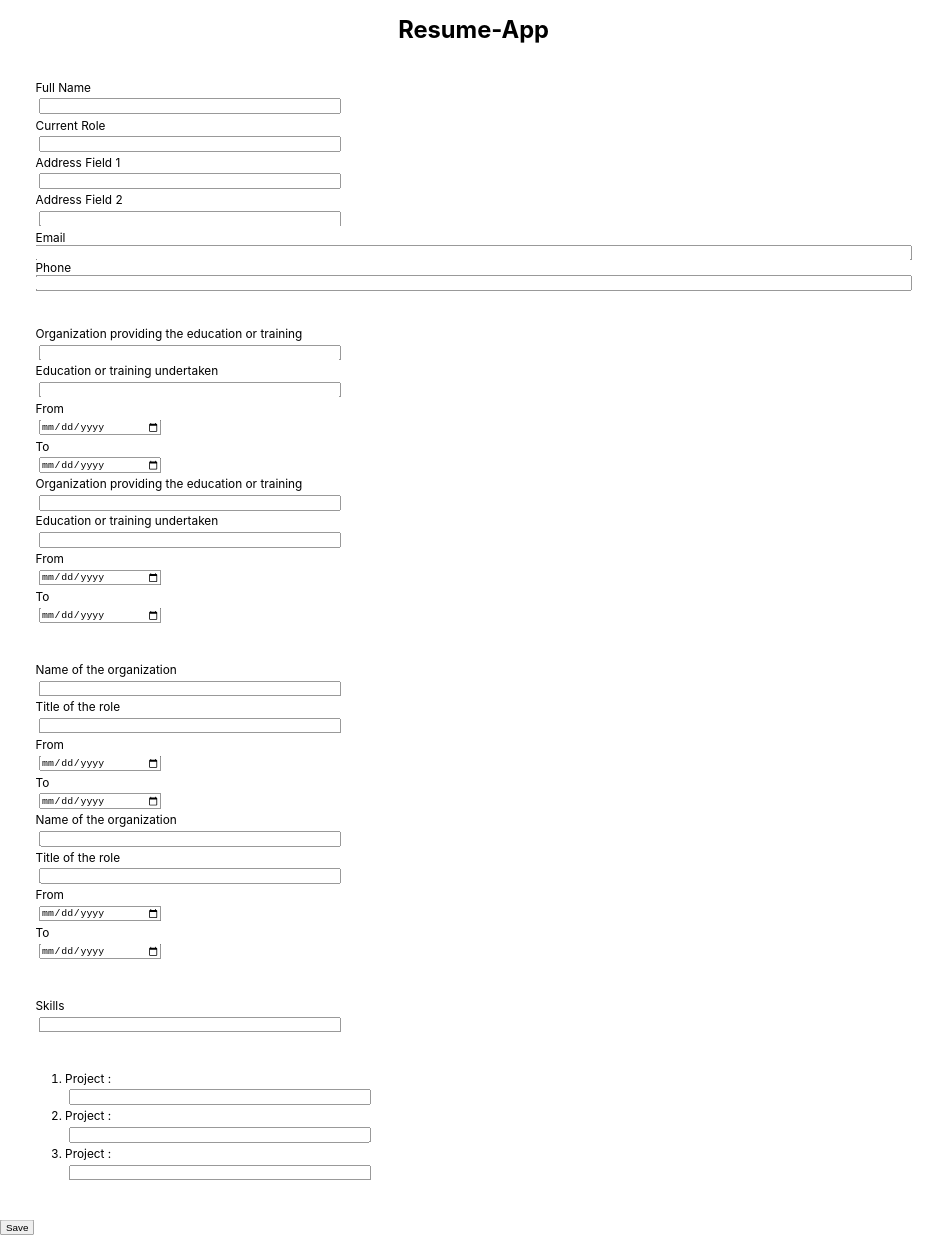
Repository: 0101chaitanya/resume-app
Page: /
These files come from the project's save history. The page is drawn as it stood at one moment and after the next save; the edit follows.
The browser window is 1280 px wide. The pictures show the whole page, at 74% of full size.
The project was rebuilt for these pictures with package versions that can differ from the ones it lists, and the page was loaded fresh each time.

Above is the page before, as saved 2021-07-28 15:37:12.

After the next save:
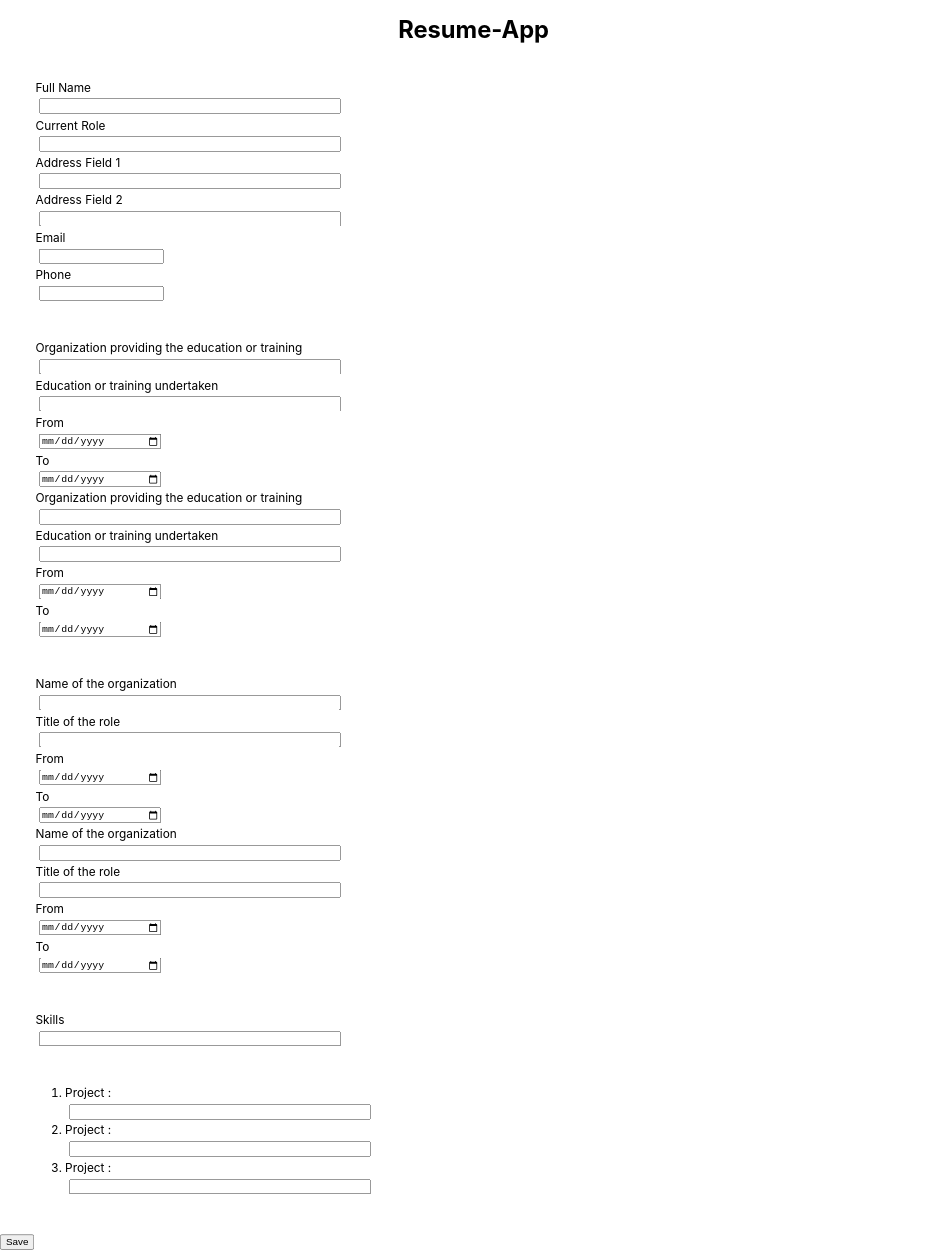
Saved 57 s later.
--- a/src/App.css
+++ b/src/App.css
@@ -7,6 +7,12 @@ label {
 }
 input[type="text"] {
   width: 25rem;
+  margin: 0.3rem;
+}
+input[type="email"],
+input[type="tel"] {
+  width: 10rem;
+
   margin: 0.3rem;
 }
 
